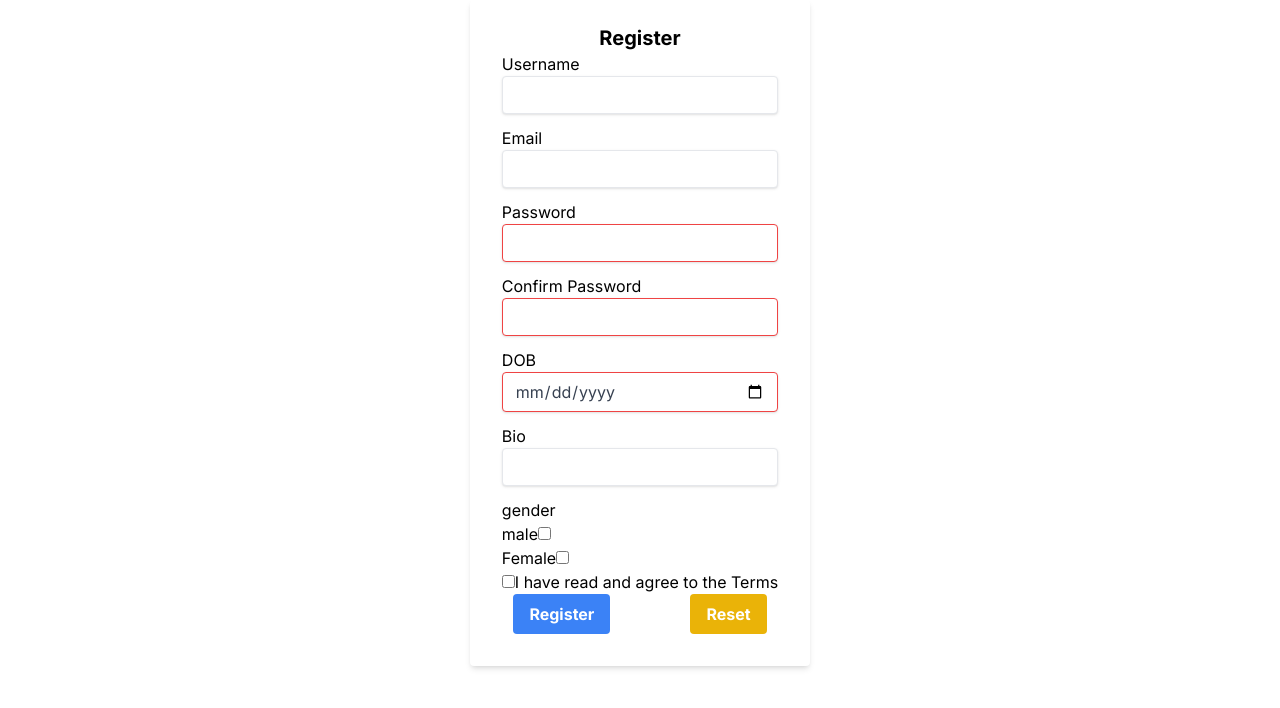
Repository: uh-sman/tiktok-card
Page: /
These files come from the project's save history. The page is drawn as it stood at one moment and after the next save; the edit follows.
The browser window is 1280 px wide. The pictures show the whole page.
The project was rebuilt for these pictures with package versions that can differ from the ones it lists, and the page was loaded fresh each time. The framework's server and built-in components were replaced by stand-ins that run in the browser. Also part of the build but not shown: next.config.js.

Above is the page before, as saved 2023-12-19 14:32:00.

After the next save:
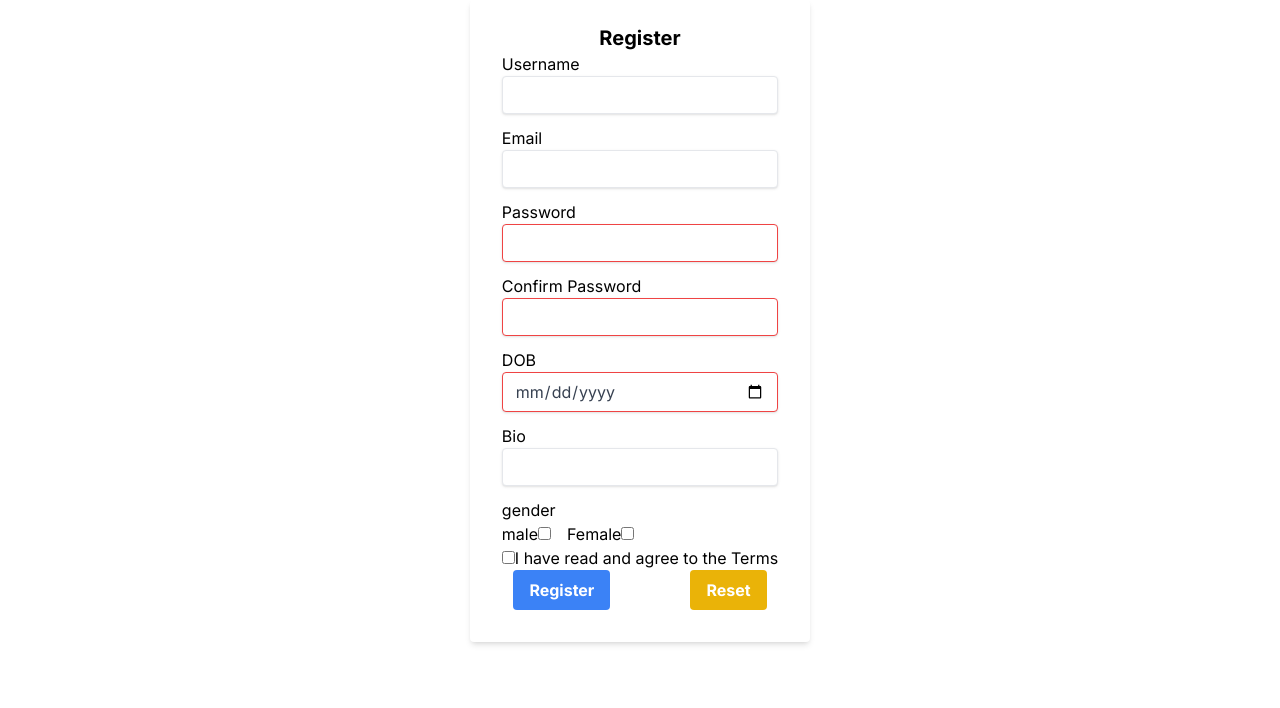
Saved 3 min 56 s later.
--- a/app/components/AuthForm.tsx
+++ b/app/components/AuthForm.tsx
@@ -92,7 +92,8 @@ const AuthForm: React.FC = () => {
           <label htmlFor="gender" className="font-md">
               gender
             </label>
-            <div className="">
+           <div className="flex gap-4">
+           <div className="">
                 <label htmlFor="Male">male</label>
             <input
               type="checkbox"
@@ -107,6 +108,7 @@ const AuthForm: React.FC = () => {
               {...register('female')}
               />
             </div>
+           </div>
             <div className="invalid-feedback">
                 </div>
           </div>
